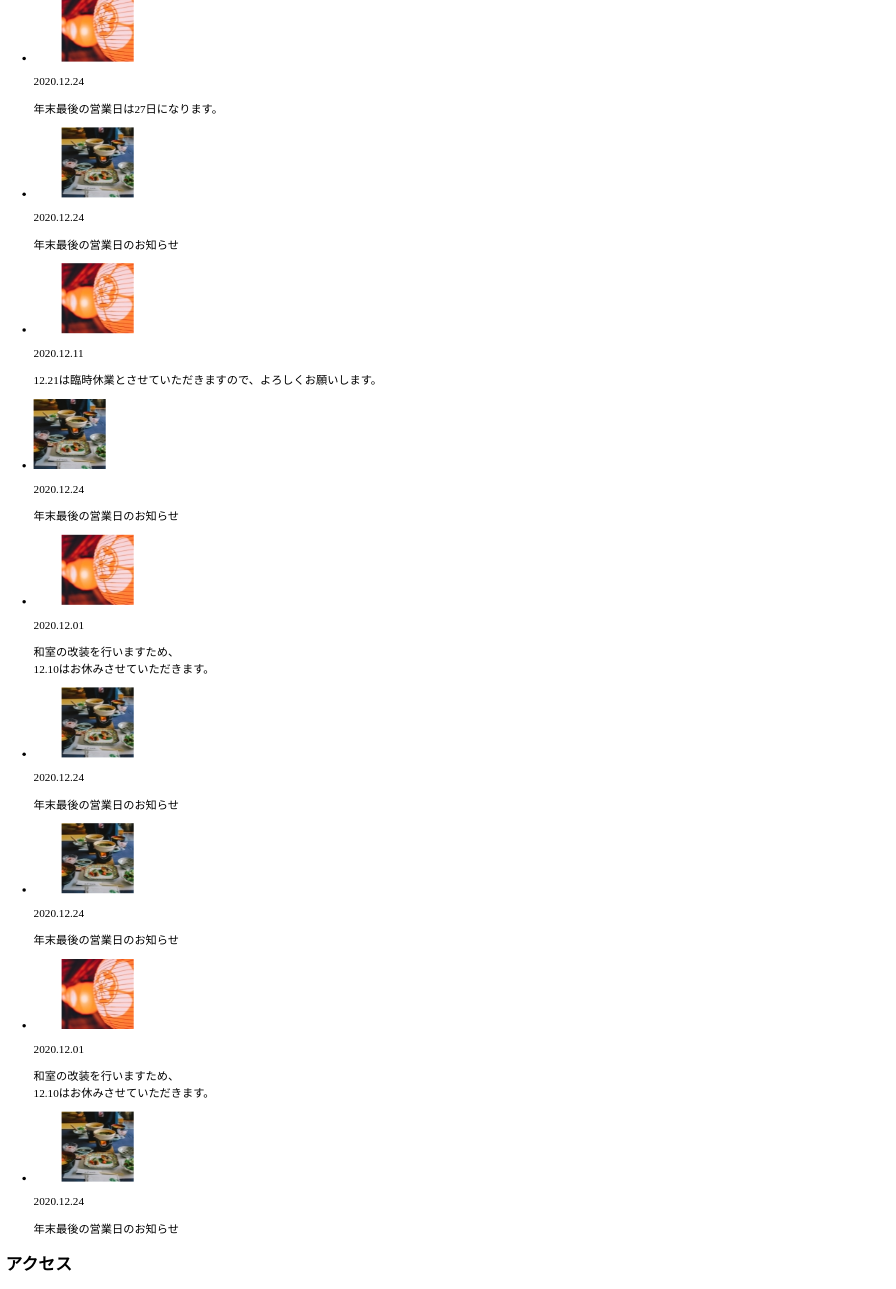
Repository: yuukiyokoyama/compex1
Page: index.html
An editor plug-in stored every save of this project. The page is shown before and after the next save, followed by the edit.
The browser window is 1280 px wide. The pictures show the part of the page from y = 4580 to 6500 px (the page is 6421 px tall before and 6811 px after), at 70% of full size.

Above is the page before, as saved 2021-09-18 00:32:21.

### index.html
<!DOCTYPE html>
<html lang="ja">
  <head>
    <meta charset="UTF-8" />
    <meta http-equiv="X-UA-Compatible" content="IE=edge" />
    <meta name="viewport" content="width=device-width, initial-scale=1.0" />
    <title>Document</title>
  </head>
  <body data-aos-easing="ease" data-aos-duration="400" data-aos-delay="0">
    <div id="fv">
      <div class="fv__img" style="background-image: url(images/mainbg01.jpg)"></div>
      <div class="fv__img" style="background-image: url(images/mainbg02.jpg)"></div>
      <div class="fv__img" style="background-image: url(images/mainbg03.jpg)"></div>

      <header>
        <div class="header__inner">
          <div class="header__inner--left">
            <h1 class="header_site-title">
              <a href="#">石井花壇</a>
            </h1>
            <div class="header__menu">
              <nav>
                <ul class="header__list">
                  <li class="header__list-item">
                    <a href="room.html">お部屋</a>
                  </li>
                  <li class="header__list-item">
                    <a href="cuisine.html">お料理</a>
                  </li>
                  <li class="header__list-item">
                    <a href="hot-spring.html">温泉</a>
                  </li>
                </ul>
              </nav>
            </div>
            <!-- header__menu -->
          </div>
          <!-- header__inner--left -->
          <div class="header__inner--right">
            <button class="header__reservation">宿泊予約</button>
            <button class="burger_btn">
              <span class="bars">
                <span class="bar bar_top"></span>
                <span class="bar baar_mid"></span>
                <span class="bar bar_bottom"></span>
              </span>
            </button>
          </div>
          <!-- header__inner--right -->
          <!-- モーダルエリアここから -->
          <section id="modalArea" class="modalArea">
            <div id="modalBg" class="modalBg"></div>
            <div class="modalWrapper">
              <form class="modalContents">
                <h2 class="modalAria__title">宿泊予約</h2>
                <dl class="form__body">
                  <dt>
                    <label for="name">お名前</label>
                  </dt>
                  <dd class="form_text">
                    <input type="text" name="name" id="name" placeholder="例：石井正悟" />
                  </dd>
                </dl>
                <dl class="form__body">
                  <dt><label for="mail-address"></label> メールアドレス</dt>
                  <dd class="form_text">
                    <input
                      type="text"
                      name="mail-address"
                      id="mail-address"
                      placeholder="例：Example@example.com"
                    />
                  </dd>
                </dl>
                <dl class="form__body">
                  <dt>
                    <label for="desired-plan"
                      >ご希望プラン（空いているプランのみ表示されます）</label
                    >
                  </dt>
                  <dd class="form__text">
                    <select name="desired-plan" id="desired-plan">
                      <option value="hidden">プランを選択してください</option>
                      <option value="limited-time">
                        【期間限定】海辺の四季旬彩、贅沢美味懐石プラン
                      </option>
                      <option value="weekday-plan">平日に優雅に楽しむ、特別宿泊プラン</option>
                      <option value="family-plan">
                        絶景貸切露天と個室会席を満喫できるファミリープラン
                      </option>
                    </select>
                  </dd>
                </dl>
                <dl class="form__body">
                  <dt><label for="date-select">日時選択</label></dt>
                  <dd class="form__text">
                    <input
                      type="text"
                      class="flatpickr flatpickr-input"
                      placeholder="日時を選択してください"
                      readonly="readonly"
                    />
                  </dd>
                </dl>
                <input type="submit" class="form__submit-btn" value="送信する" />
                <div id="closeModal" class="closeModal">×</div>
              </form>
            </div>
          </section>
        </div>
        <!-- header__inner -->
      </header>
      <div class="copy">頑張る人の<br />頑張らない時間</div>
    </div>
    <!-- fv -->
    <main>
      <article>
        <section class="preface">
          <div class="section__wrapper">
            <div
              class="preface__body aos-init aos-animate"
              data-aos="fade-up"
              data-aos-duration="2000"
            >
              <h2 class="preface_title">
                温海温泉の<br />
                美しさに癒されて<br />
              </h2>
              <p class="preface_text">
                東北の奥座敷である温海温泉泉卿<br />
                開湯は約1300年前とされ、役小角が<br />
                発見したと伝えられます
              </p>
              <p class="preface__text">
                石井花壇は江戸より続く由緒ある旅館で<br />
                クラシックな作りの中に大正ロマンあふれる<br />
                内装を残しております
              </p>
              <p class="preface_text">
                圧倒的癒しの空間で<br />
                頑張る現代人に<br />
                頑張らない圧倒的な非日常をご提供します
              </p>
              <p class="preface__name">石井花壇</p>
            </div>
            <!-- preface__body -->
          </div>
        </section>
        <section class="contents">
          <div class="contents__box">
            <figure
              class="contents__img-wrapper aos-init aos-animate"
              data-aos="fade-up"
              data-aos-duration="2000"
            >
              <img src="images/oheya-top.jpg" alt="お部屋" />
            </figure>
            <div
              class="contents__body aos-init aos-animate"
              data-aos="fade-up"
              data-aos-duration="2000"
            >
              <h3 class="contents__title">
                騒音から離れた空間<br />
                心落ち着く至極のひととき
              </h3>
              <p class="contents_text">
                まるで時が止まったかのような、圧倒的な静寂のなかで、<br />
                ひたすらにゆったりと…。<br />
                最高級の「何もしない時間」をお過ごしください。
              </p>
              <a class="coontents__btn" href="room.html">お部屋について</a>
            </div>
            <!-- contents__body -->
          </div>
          <!-- contents__box -->
          <div class="contents__box contents--reverse">
            <figure
              class="contents__img-wrapper--reverse aos-init aos-animate"
              data-aos="fade-up"
              data-duration="2000"
            >
              <img src="images/menu-top.jpg" alt="料理について" />
            </figure>
            <div
              class="contents__body contents__body--reveerse aos-init aos-animate"
              data-aos="fade-up"
              data-aos-duration="2000"
            >
              <h3 class="contents__title">
                出迎えるのは<br />
                極上の温海料理
              </h3>
              <p class="contents__text">
                最も旬の食材を愉しむ、最高の贅沢を<br />
                最高級A5ランクの米沢牛と共に頂く。<br />
                あなたの人生史に残る「極上の感動」を<br />
                お約束します。
              </p>
              <a href="cuisine.html" class="contents__btn">利用について</a>
            </div>
            <!-- contents__body contents__body--reverse -->
          </div>
          <!-- contents__box contents--reverse -->
          <div class="contents__box">
            <figure
              class="contents__img-wrapper aos-init"
              data-aos="fade-up"
              data-aos-duration="2000"
            >
              <img src="onsen-top.jpg" alt="お部屋について" />
            </figure>
            <div
              class="contents__body aos-init aos-animation"
              data-aos="fade-up"
              data-aos-duration="2000"
            >
              <h3 class="content__title">
                喧騒から離れた空間<br />
                心落ち着く至極のひととき
              </h3>
              <p class="content__text">
                まるで時が止まったかのような、圧倒的な静寂のなかで、<br />
                ひたすらにゆったりと…。<br />
                最高級の「何もしない時間」をお過ごしください。
              </p>
              <a href="hot-spring.html" class="contents__btn">温泉について</a>
            </div>
            <!-- contents__body-->
          </div>
          <!-- contents__box -->
        </section>
        <section class="lodging-plan">
          <div class="section__wrapper">
            <h2 class="section__title">おすすめご宿泊プラン</h2>
            <div class="lodging-plan__plans lodging-plan--col3">
              <div class="lodging-plans_item">
                <figure
                  class="lodging-plan__img-wrapper aos-init aos-animate"
                  data-aos="fade-up"
                  data-aos-duration="2000"
                >
                  <img src="images/recommended01.jpg" alt="朝食付きプラン" />
                </figure>
                <div
                  class="lodging-plan__body aos-init"
                  data-aos="fade-up"
                  data-aos-duration="2000"
                >
                  <h3 class="lodging-plan__title">
                    朝食付きプラン、日本近海で取れた<br />
                    のどぐろを朝食として…
                  </h3>
                  <p class="lodging-plan__text">
                    最高級と称されるのどぐろ、正式には「アカ
                    ムツ」と呼ばれる魚、味は独特の上品な味わ いで、焼いても煮ても美味
                  </p>
                </div>
                <!-- lodging-plan__body -->
                <a href="#" class="btn"></a>
              </div>
              <!-- lodging-plans_item -->
              <div class="lodging-plans_item">
                <figure
                  class="lodging-plan__img-wrapper aos-init aos-animate"
                  data-aos="fade-up"
                  data-aos-duration="2000"
                >
                  <img src="images/recommended02.jpg" alt="期間限定" />
                </figure>
                <div
                  class="lodging-plan__body aos-init aos-animate"
                  data-aos="fade-up"
                  data-aos-duration="2000"
                >
                  <h3 class="lodging-plan__title">
                    【期間限定】熱海蟹をたっぷりと<br />
                    愉しむプラン。
                  </h3>
                  <p class="lodging-plan__text">
                    温海で水揚げされた蟹は「温海蟹」 として知られ、嗜好品として愛されて
                    きました。この宿泊プランでは存分に
                  </p>
                </div>
                <!-- lodging-plan__body -->
                <a href="#" class="btn"></a>
              </div>
              <!-- lodging-plans_item -->
              <div class="lodging-plans_item">
                <figure
                  class="lodging-plan__img-wrapper aos-init aos-animate"
                  data-aos="fade-up"
                  data-aos-duration="2000"
                >
                  <img src="images/recommended03.jpg" alt="平日限定" />
                </figure>
                <div
                  class="lodging-plan__body aos-init aos-animate"
                  data-aos="fade-up"
                  data-aos-duration="2000"
                >
                  <h3 class="lodging-plan__title">
                    【平日限定】贅沢美味懐石プラン。<br />
                    海辺の四季旬彩プラン。
                  </h3>
                  <p class="lodging-plan__text">
                    熱海近海で取れた魚を鮮度そのままに舟盛りにしてご提供。生きた味をお楽しみください。
                  </p>
                </div>
                <!-- lodging-plan__body -->
                <a href="#" class="btn"></a>
              </div>
              <!-- lodging-plans_item -->
            </div>
            <!-- lodging-plan__plans lodging-plan--col3 -->
          </div>
          <!-- section__wrapper -->
        </section>
        <section class="news">
          <div class="section__wrapper">
            <h2 class="section__title">お知らせ</h2>
            <ul class="news__head">
              <li class="news__head-category js-tab-trigger is-active" data-id="tab01">営業情報</li>
              <li class="news__head-category js-tab-trigger" data-id="tab02">その他</li>
            </ul>
            <!-- news__head -->
            <div class="news__tab-menu js-tab-target is-active" id="tab01">
              <ul
                class="news__list aos-init aos-animate"
                data-aos="fade-up"
                data-aos-duration="2000"
              >
                <li class="news__list-item">
                  <div class="news__list-item-wrapper">
                    <figure class="news__img-wrapper">
                      <img src="images/news01.jpg" alt="ニュース" />
                    </figure>
                    <div class="news__body">
                      <p class="news__date">2020.12.24</p>
                      <p class="news__text">年末最後の営業日は27日になります。</p>
                    </div>
                    <!-- news__body -->
                  </div>
                  <!-- news__list-item-wrapper -->
                </li>
                <li class="news__list-item">
                  <div class="news__list-item-wrapper">
                    <figure class="news__img-wrapper">
                      <img src="images/news02.jpg" alt="ニュース" />
                    </figure>
                    <div class="news__body">
                      <p class="news__date">2020.12.24</p>
                      <p class="neews__text">年末最後の営業日のお知らせ</p>
                    </div>
                    <!-- news__body -->
                  </div>
                  <!-- news__list-item-wrapper -->
                </li>
                <li class="news__list-item">
                  <div class="news__list-item-wrapper">
                    <figure class="news__img-wrapper">
                      <img src="images/news01.jpg" alt="ニュース" />
                    </figure>
                    <div class="news__body">
                      <p class="news__date">2020.12.11</p>
                      <p class="news__text">
                        12.21は臨時休業とさせていただきますので、よろしくお願いします。
                      </p>
                    </div>
                    <!-- news__body -->
                  </div>
                  <!-- news__list-item-wrapper -->
                </li>
                <li class="news__list-item">
                  <div class="news__list-item-wrapper">
                    <figure class="news__img-wrapper"></figure>
                    <img src="images/news02.jpg" alt="ニュース" />
                    <div class="news__body">
                      <p class="news__date">2020.12.24</p>
                      <p class="news__text">年末最後の営業日のお知らせ</p>
                    </div>
                    <!-- news__body -->
                  </div>
                  <!-- news__list-item-wrapper -->
                </li>
                <li class="news__list-item">
                  <div class="news__list-item-wrapper">
                    <figure class="news__img-wrpper">
                      <img src="images/news01.jpg" alt="ニュース" />
                    </figure>
                    <div class="news__body">
                      <p class="news__date">2020.12.01</p>
                      <p class="news__text">
                        和室の改装を行いますため、<br />
                        12.10はお休みさせていただきます。
                      </p>
                    </div>
                    <!-- news__body -->
                  </div>
                  <!-- news__list-item-wrapper -->
                </li>
                <li class="news__list-item">
                  <div class="news__list-item-wrapper">
                    <figure class="item__img-wrapper">
                      <img src="images/news02.jpg" alt="ニュース" />
                    </figure>
                    <div class="news__body">
                      <p class="news__date">2020.12.24</p>
                      <p class="news__text">年末最後の営業日のお知らせ</p>
                    </div>
                    <!-- news__body -->
                  </div>
                  <!-- news__list-item-wrapper -->
                </li>
              </ul>
            </div>
            <!-- news__tab-menu -->
            <div class="news__tab-menu js-tab-target" id="tab02">
              <ul
                class="news__list aos-init aos-animate"
                data-aos="fade-up"
                data-aos-duration="2000"
              >
                <li class="news__list-item">
                  <div class="news__list-item-wrapper">
                    <figure class="news__img-wrapper">
                      <img
                        src="./石井花壇 _ 温海温泉旅館【公式サイト】_files/news02.jpg"
                        alt="ニュース"
                      />
                    </figure>
                    <div class="news__body">
                      <p class="news__date">2020.12.24</p>
                      <p class="news__text">年末最後の営業日のお知らせ</p>
                    </div>
                    <!--news__body-->
                  </div>
                  <!--news__list-item-wrapper-->
                </li>
                <li class="news__list-item">
                  <div class="news__list-item-wrapper">
                    <figure class="news__img-wrapper">
                      <img
                        src="./石井花壇 _ 温海温泉旅館【公式サイト】_files/news01.jpg"
                        alt="ニュース"
                      />
                    </figure>
                    <div class="news__body">
                      <p class="news__date">2020.12.01</p>
                      <p class="news__text">
                        和室の改装を行いますため、<br />
                        12.10はお休みさせていただきます。
                      </p>
                    </div>
                    <!--news__body-->
                  </div>
                  <!--news__list-item-wrapper-->
                </li>
                <li class="news__list-item">
                  <div class="news__list-item-wrapper">
                    <figure class="news__img-wrapper">
                      <img
                        src="./石井花壇 _ 温海温泉旅館【公式サイト】_files/news02.jpg"
                        alt="ニュース"
                      />
                    </figure>
                    <div class="news__body">
                      <p class="news__date">2020.12.24</p>
                      <p class="news__text">年末最後の営業日のお知らせ</p>
                    </div>
                    <!--news__body-->
                  </div>
                  <!--news__list-item-wrapper-->
                </li>
              </ul>
            </div>
            <!--news__tab-menu-->
          </div>
          <!-- section__wrapper -->
        </section>
        <section class="access">
          <section class="wrapper">
            <h2 class="section__title">アクセス</h2>
            <div class="access__wrapper"></div>
            <div class="access__map aos-init" data-aos="fade-up" data-aos-duration="2000"></div>
          </section>
        </section>
      </article>
    </main>
  </body>
</html>

After the next save:
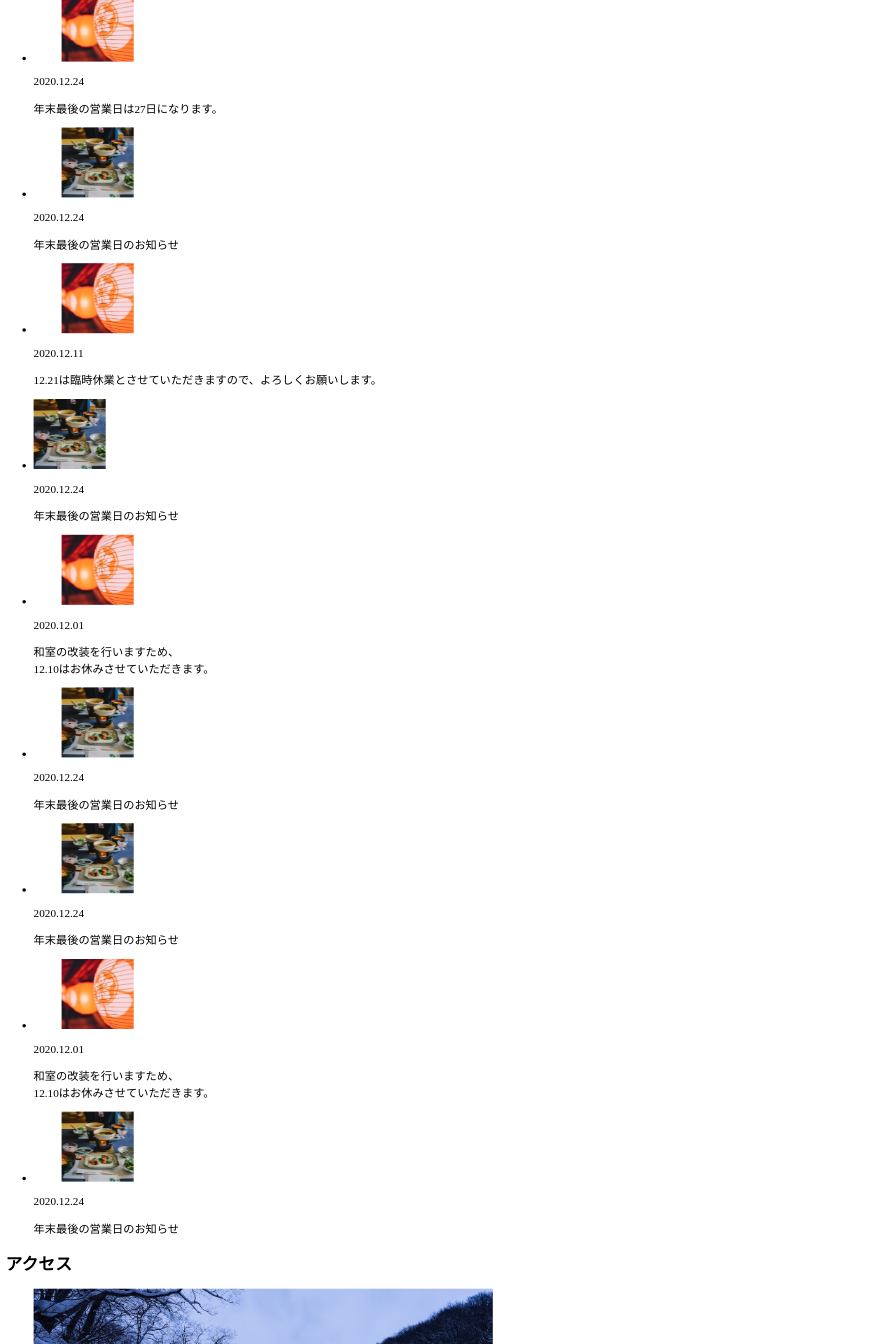
Saved 2 min 49 s later.
--- a/index.html
+++ b/index.html
@@ -481,9 +481,20 @@
         <section class="access">
           <section class="wrapper">
             <h2 class="section__title">アクセス</h2>
-            <div class="access__wrapper"></div>
+            <div class="access__wrapper">
+              <figure
+                class="access__img-wrapper aos-init aos-animate"
+                data-aos="fade-up"
+                data-aos-duration="2000"
+              >
+                <img src="images/acess.jpg" alt="アクセス" />
+              </figure>
+            </div>
+            <!-- access__wrapper -->
             <div class="access__map aos-init" data-aos="fade-up" data-aos-duration="2000"></div>
+            <!-- access__map -->
           </section>
+          <!-- section__wrapper -->
         </section>
       </article>
     </main>
